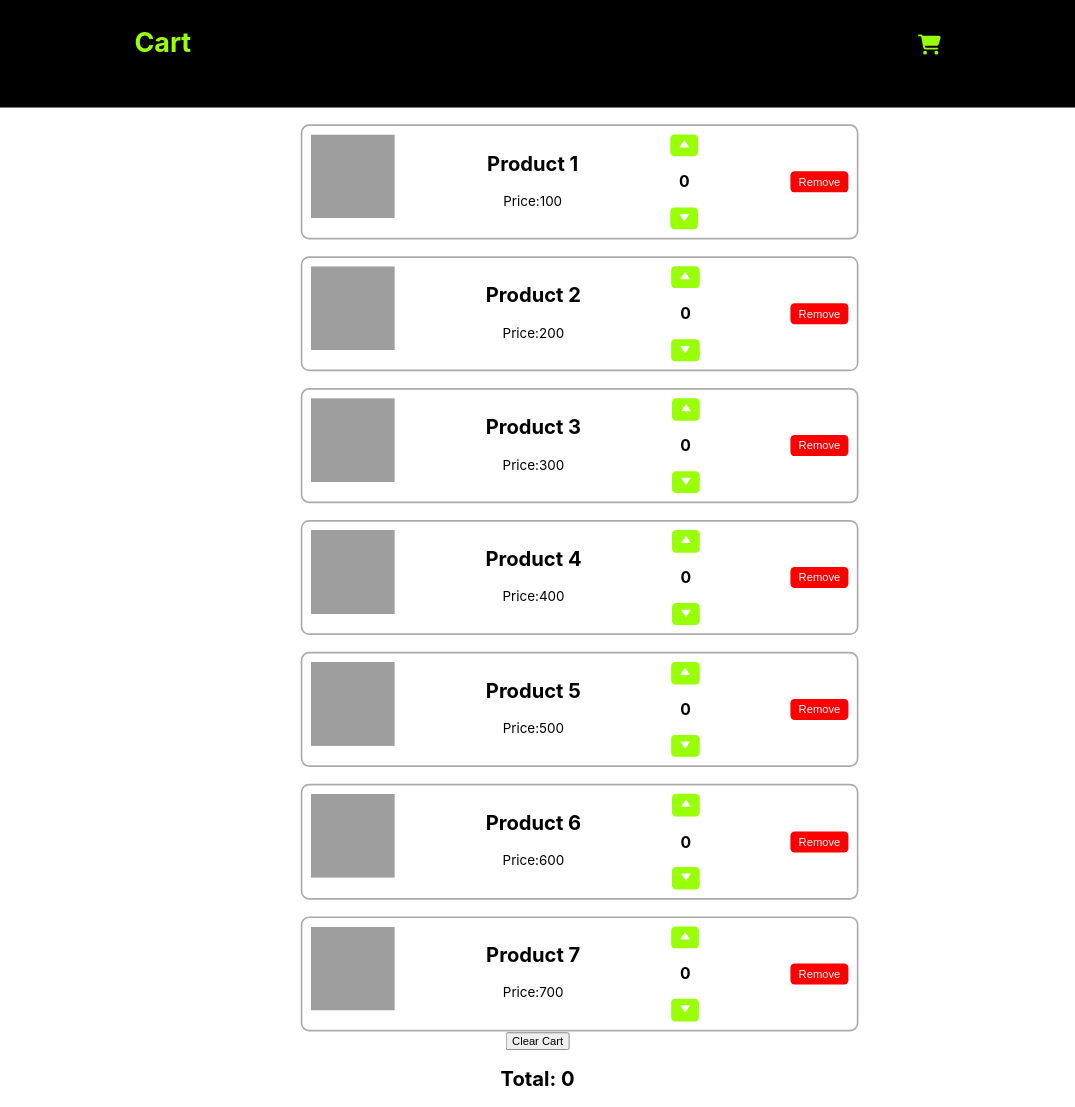
Repository: sriram1224/Cart-react-app
Page: /
The author's editor kept a copy of each file at every save. The page is drawn from the files as they stood at one save, then again after the next save.
The browser window is 1280 px wide. The pictures show the whole page, at 84% of full size.
Pictures or frames that could not be fetched are drawn as grey boxes. The project was rebuilt for these pictures with package versions that can differ from the ones it lists, and the page was loaded fresh each time.

Above is the page before, as saved 2024-03-12 22:13:18.

### src/App.js
import Nav from "./Components/Nav.js"
import './App.css';
import Cart from './Components/cart.js';
function App() {
  return (
    <div className="App">

      <Cart />
    </div>
  );
}

export default App;

### src/Components/Nav.js
import { FontAwesomeIcon } from '@fortawesome/react-fontawesome';
import { faShoppingCart } from '@fortawesome/free-solid-svg-icons';
import './Navbar.css';

function Navbar({ cartItems }) {
      console.log(cartItems);
    return (

      <div className="nav-container">
      <div className="cart">
          <div className="heading">
              <h1>
              Cart
              </h1>
          </div>
      <h1>
        <div className="cart-icon-container">
          <FontAwesomeIcon icon={faShoppingCart} className="cart-icon" />
          {cartItems > 0 && (
            <span className="cart-count">{cartItems}</span>
          )}
        </div>

      </h1>
    </div>
      </div>
  );
}

export default Navbar;

### src/Components/cart.js
import React, { useState, useEffect } from "react";
import { BiSolidUpArrow, BiSolidDownArrow } from "react-icons/bi";
import Nav from './Nav'
import './cart.css'

function Cart() {
    const [products, setProducts] = useState([
        { id: "1", name: "Product 1", price: 100, quantity: 0, image: "https://images.unsplash.com/photo-1564466809058-bf4114d55352?w=500&auto=format&fit=crop&q=60&ixlib=rb-4.0.3&ixid=M3wxMjA3fDB8MHxzZWFyY2h8MjN8fHByb2R1Y3R8ZW58MHx8MHx8fDA%3D" },
        { id: "2", name: "Product 2", price: 200, quantity: 0, image: "https://images.unsplash.com/photo-1560343090-f0409e92791a?w=500&auto=format&fit=crop&q=60&ixlib=rb-4.0.3&ixid=M3wxMjA3fDB8MHxzZWFyY2h8N3x8cHJvZHVjdHxlbnwwfHwwfHx8MA%3D%3D" },
        { id: "3", name: "Product 3", price: 300, quantity: 0, image: "https://images.unsplash.com/photo-1560343090-f0409e92791a?w=500&auto=format&fit=crop&q=60&ixlib=rb-4.0.3&ixid=M3wxMjA3fDB8MHxzZWFyY2h8N3x8cHJvZHVjdHxlbnwwfHwwfHx8MA%3D%3D" },
        { id: "4", name: "Product 4", price: 400, quantity: 0, image: "https://images.unsplash.com/photo-1542291026-7eec264c27ff?w=500&auto=format&fit=crop&q=60&ixlib=rb-4.0.3&ixid=M3wxMjA3fDB8MHxzZWFyY2h8MTF8fHByb2R1Y3R8ZW58MHx8MHx8fDA%3D" },
        { id: "5", name: "Product 5", price: 500, quantity: 0, image: "https://images.unsplash.com/photo-1553456558-aff63285bdd1?w=500&auto=format&fit=crop&q=60&ixlib=rb-4.0.3&ixid=M3wxMjA3fDB8MHxzZWFyY2h8MTJ8fHByb2R1Y3R8ZW58MHx8MHx8fDA%3D" },
        { id: "6", name: "Product 6", price: 600, quantity: 0, image: "https://images.unsplash.com/photo-1553456558-aff63285bdd1?w=500&auto=format&fit=crop&q=60&ixlib=rb-4.0.3&ixid=M3wxMjA3fDB8MHxzZWFyY2h8MTJ8fHByb2R1Y3R8ZW58MHx8MHx8fDA%3D" },
        { id: "7", name: "Product 7", price: 700, quantity: 0, image: "https://images.unsplash.com/photo-1583394838336-acd977736f90?w=500&auto=format&fit=crop&q=60&ixlib=rb-4.0.3&ixid=M3wxMjA3fDB8MHxzZWFyY2h8MTl8fHByb2R1Y3R8ZW58MHx8MHx8fDA%3D" }
    ]);

    const [total, setTotal] = useState(0);
    const [cartItems, setCartItems] = useState(0);

    useEffect(() => {
        let newCartItems = 0;
        products.forEach(product => {
            newCartItems += product.quantity;
        });
        setCartItems(newCartItems);
    }, [products]);

    const increaseQuantity = (index) => {
        const updatedProducts = [...products];
        updatedProducts[index].quantity++;
        setProducts(updatedProducts);
        updateTotal();
    };

    const decreaseQuantity = (index) => {
        const updatedProducts = [...products];
        if (updatedProducts[index].quantity > 0) {
            updatedProducts[index].quantity--;
            setProducts(updatedProducts);
            updateTotal();
        }
    };

    const updateTotal = () => {
        let newTotal = 0;
        products.forEach((product) => {
            newTotal += product.quantity * product.price;
        });
        setTotal(newTotal);
    };

    const clearCart = () => {
        setProducts([]);
        setTotal(0);
        setCartItems(0);
    };

    const removeFromCart = (index) => {
        const updatedProducts = [...products];
        updatedProducts.splice(index, 1);
        setProducts(updatedProducts);
        updateTotal();
    };

    return (
        <div>
            <Nav cartItems={cartItems} />
            <div className="">
                {products.map((product, index) => {
                    return (
                        <div className="product-container" key={index}>
                            <img src={product.image} alt={product.name} />
                            <div className="text">
                            <h2>{product.name}</h2>
                            <p>Price:{product.price}</p></div>
                            <div className="button-quantity">
                                <button onClick={() => increaseQuantity(index)}>
                                    <BiSolidUpArrow />
                                </button>
                                <h3>{product.quantity}</h3>
                                <button onClick={() => decreaseQuantity(index)}>
                                    <BiSolidDownArrow />
                                </button>
                            </div>
                            <div className="rm-button">
                            <button onClick={() => removeFromCart(index)}>Remove</button>
                        </div></div>
                    );
                })}
                <button onClick={clearCart}>Clear Cart</button>
                <h2>Total: {total}</h2>
            </div>
        </div>
    );
}

export default Cart;

### src/Components/Navbar.css
.cart-icon-container {
    position: relative;
    display: inline-block;
}

.cart-icon {
    font-size: 1.5rem;
    color: rgb(152, 255, 7);

}

.cart-count {
    position: absolute;
    top: -10px;

    right: -10px;
    /* Adjust the horizontal positioning */
    background-color: red;
    color: white;
    border-radius: 50%;
    padding: 2px 6px;
    font-size: 0.8rem;
    /* Adjust the font size as needed */
}

.cart{
    display: flex;
    justify-content: space-between;
    margin: 0 10rem;
    align-items: center;
    padding-top: 10px;

}

.heading{
text-align: center;
color: rgb(152, 255, 7);
}

.nav-container{
    width: 100%;
    height: 8rem;
    background-color:rgb(0, 0, 0)
}

### src/Components/cart.css
.product-container{
    display: flex;
    gap: 20px;
    justify-content: space-between;
    width: 50%;
    position: relative;
    left: 28%;
    text-align: center;
    margin-top: 20px;
    border: 2px solid rgb(174, 170, 170);
    padding: 10px;
    border-radius: 10px;
}

.product-container img{
    width: 100px;
    height: 100px;
}
.rm-button{
    display: flex;
    align-items: center;
}
.rm-button button{

    background-color: red;
    color: white;
    border: none;
    padding: 5px 10px;
    border-radius: 5px;
    cursor: pointer;
}

.button-quantity button{
    background-color: rgb(152, 255, 7);
    color: white;
    border: none;
    padding: 5px 10px;
    border-radius: 5px;
    cursor: pointer;
}

.text{


    text-align: center;
    gap: 10px;
}
.text p{
    text-align: center;
}

Loaded but not shown: public/index.html (common file); src/index.js (common file); src/index.css (common file); src/reportWebVitals.js (common file); src/App.css (common file)

After the next save:
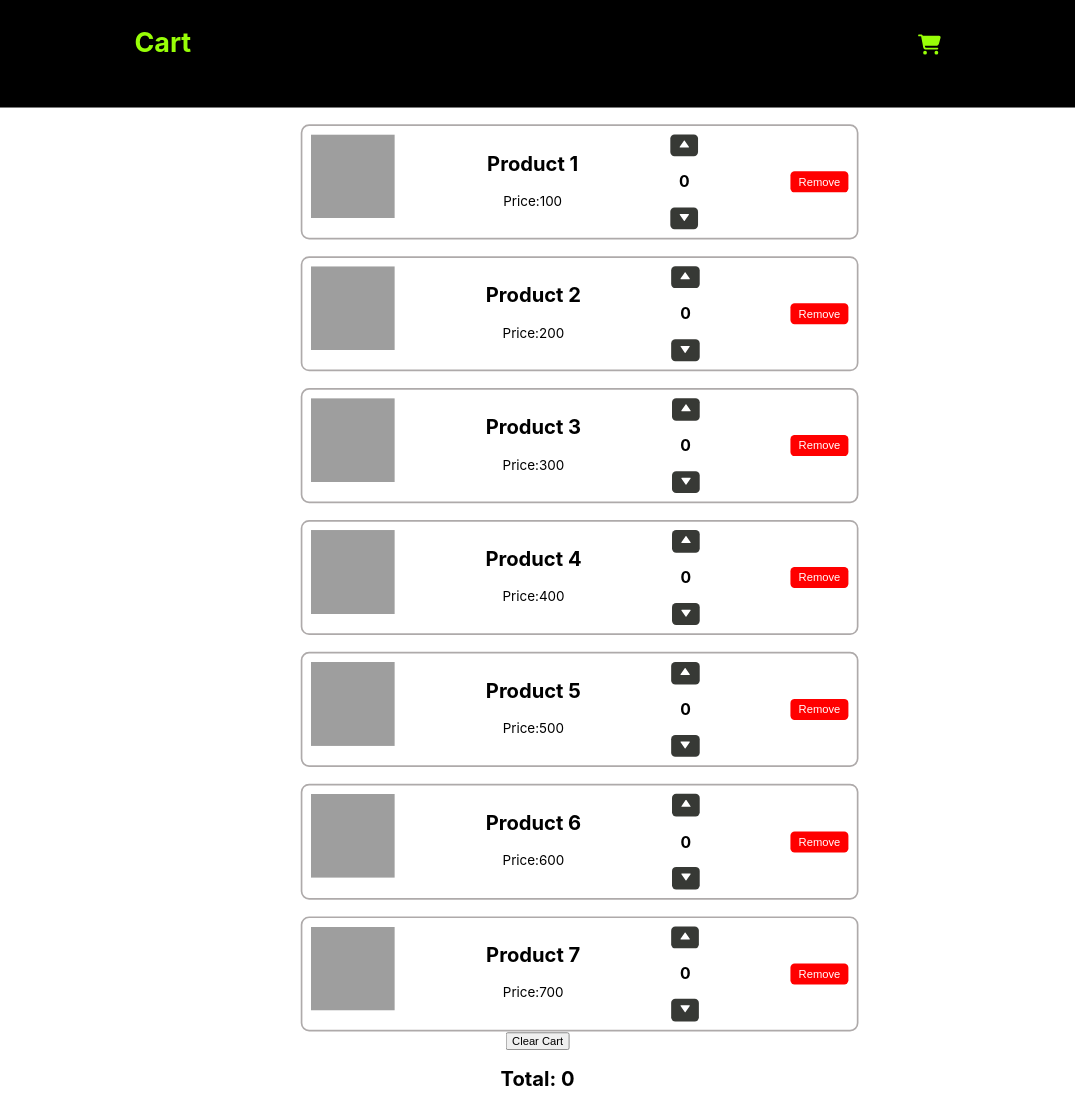
Saved 42 s later.
--- a/src/Components/cart.css
+++ b/src/Components/cart.css
@@ -31,7 +31,7 @@
 }
 
 .button-quantity button{
-    background-color: rgb(152, 255, 7);
+    background-color: rgb(55, 57, 53);
     color: white;
     border: none;
     padding: 5px 10px;
